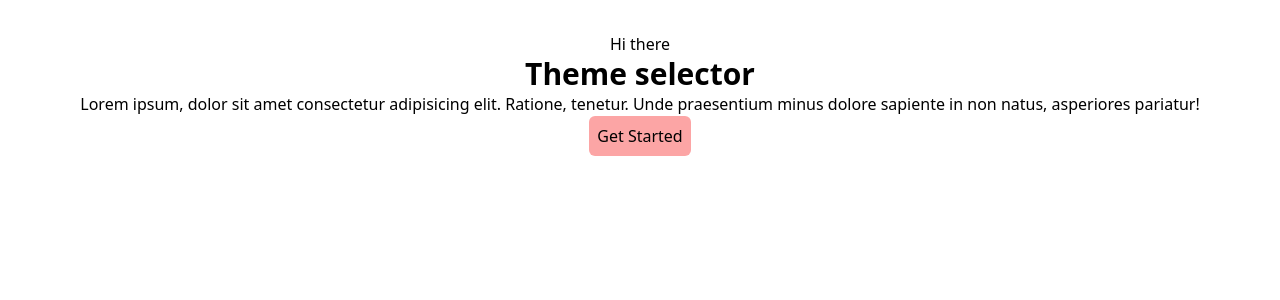
Repository: prince-bansal/tailwind-theme-switcher
Page: /
The author's editor kept a copy of each file at every save. The page is drawn from the files as they stood at one save, then again after the next save.
The browser window is 1280 px wide. The pictures show the whole page.
The project was rebuilt for these pictures with package versions that can differ from the ones it lists, and the page was loaded fresh each time. Also part of the build but not shown: vite.config.ts.

Above is the page before, as saved 2024-03-17 19:06:31.

After the next save:
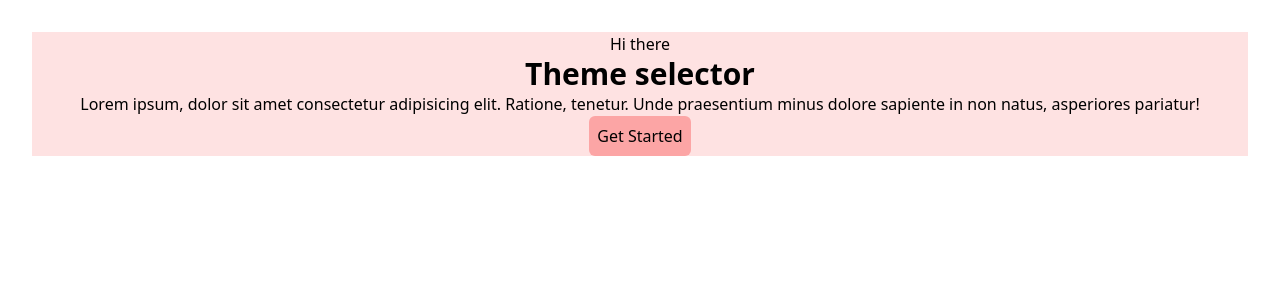
Saved 95 s later.
--- a/src/App.tsx
+++ b/src/App.tsx
@@ -3,12 +3,12 @@ import './App.css'
 function App() {
 
   return (
-    <>
+    <div className='bg-red-100'>
       <p>Hi there</p>
       <h1 className="text-3xl font-bold">Theme selector</h1>
       <p>Lorem ipsum, dolor sit amet consectetur adipisicing elit. Ratione, tenetur. Unde praesentium minus dolore sapiente in non natus, asperiores pariatur!</p>
       <button className='bg-red-300 p-2 rounded-md'>Get Started</button>
-    </>
+    </div>
   );
 }
 
